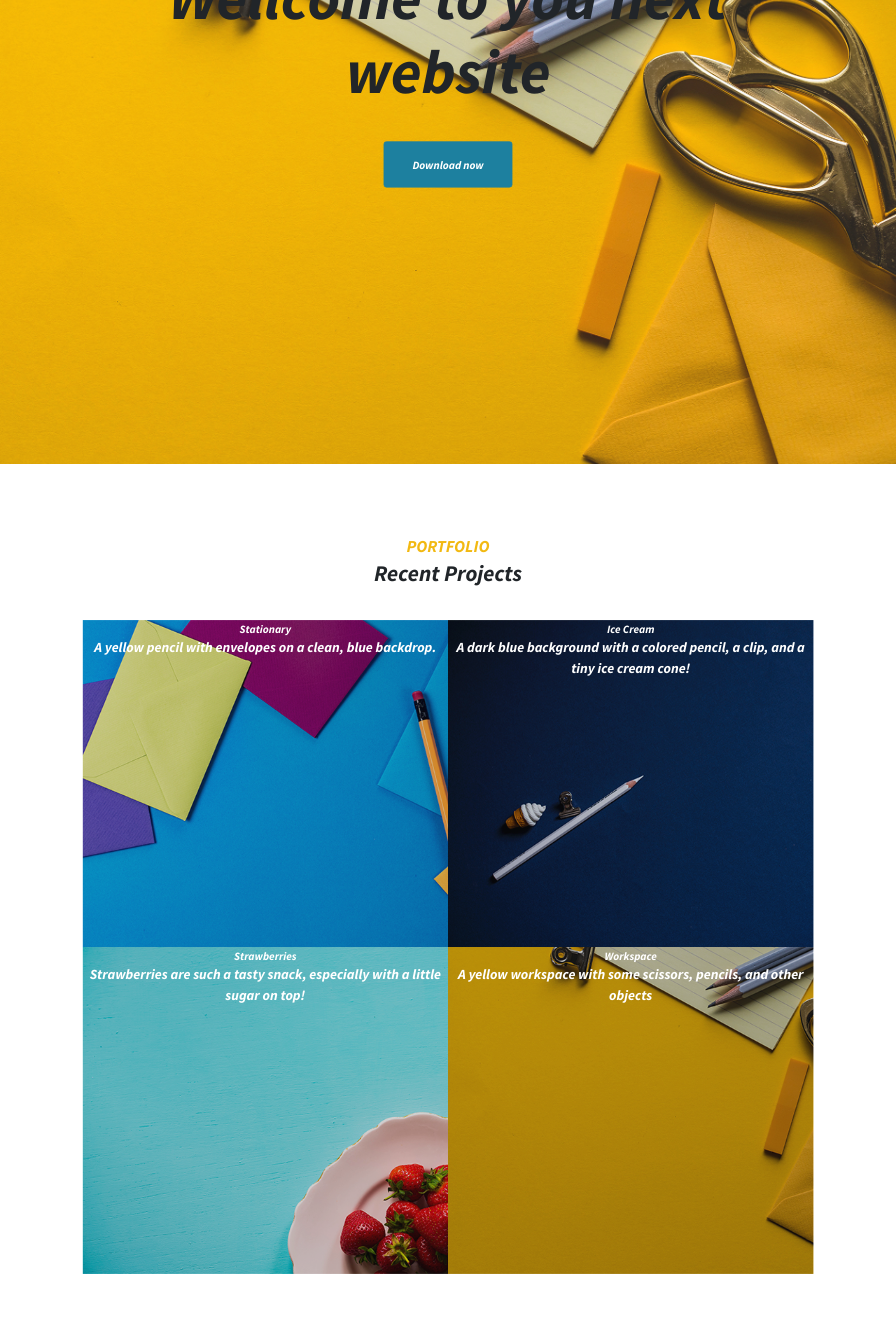
Repository: hoangpino/VE_FE_FrameWork_005
Page: lab06/index.html
An editor plug-in stored every save of this project. The page is shown before and after the next save, followed by the edit.
The browser window is 1280 px wide. The pictures show the part of the page from y = 2217 to 4137 px (the page is 4137 px tall), at 70% of full size.
Backgrounds fixed to the window are drawn as part of the page.

Above is the page before, as saved 2021-10-05 19:14:41.

After the next save:
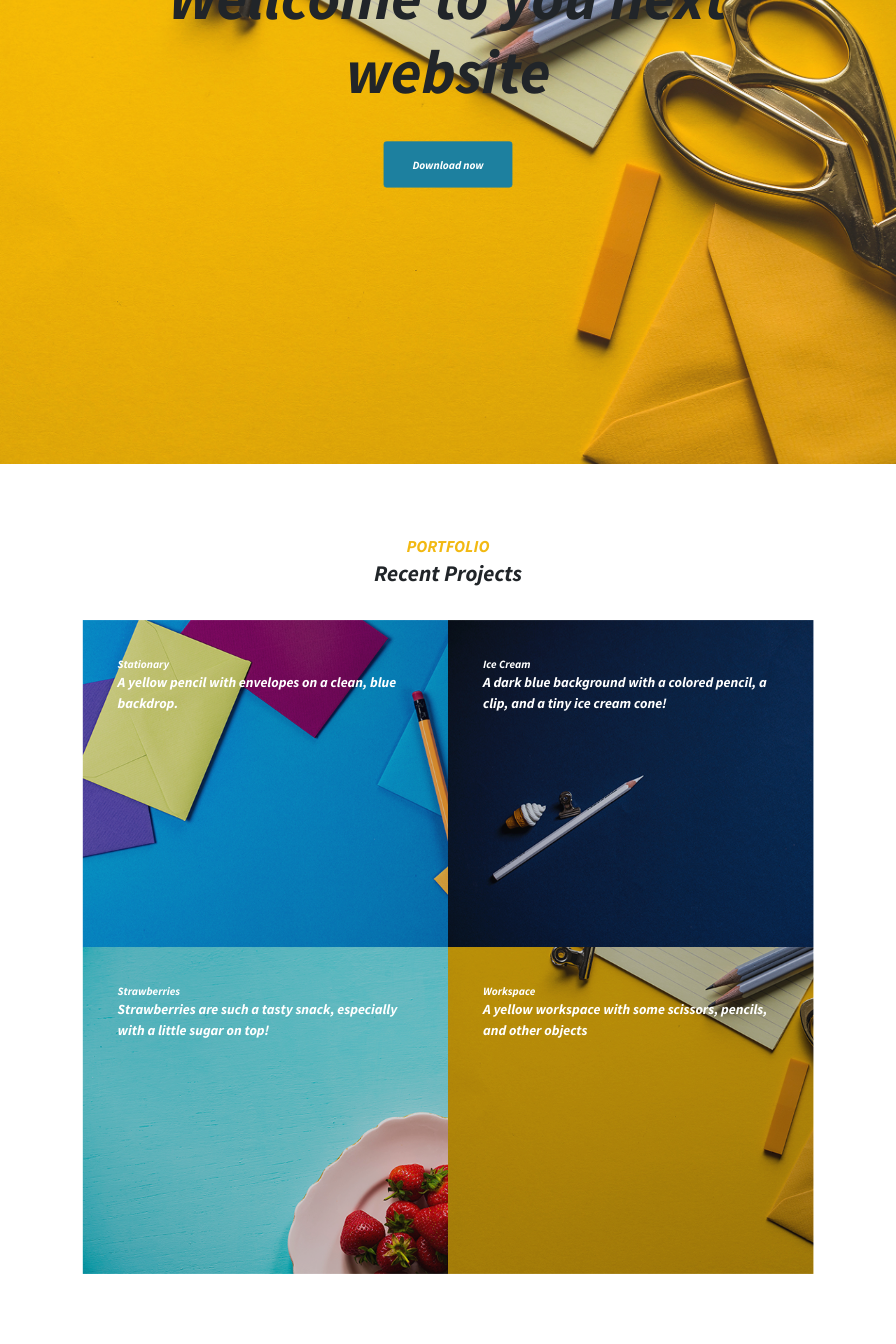
Saved 30 s later.
--- a/lab06/css/style.css
+++ b/lab06/css/style.css
@@ -172,4 +172,6 @@
     bottom: 0;
     background-color: rgba(33, 37, 41, 0.2);
     color: #fff;
+    text-align: left;
+    padding: 50px;
 }
